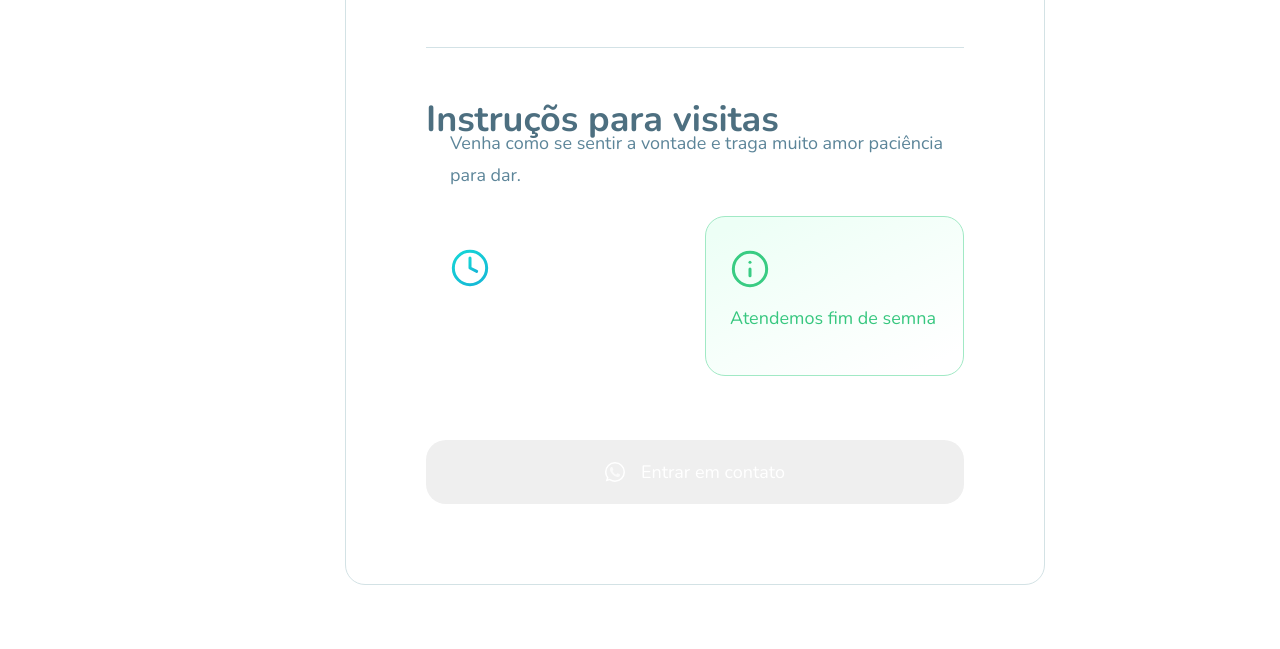
Repository: SrtaPoe/nlw
Page: orphanage.html
An editor plug-in stored every save of this project. The page is shown before and after the next save, followed by the edit.
The browser window is 1280 px wide. The pictures show the part of the page from y = 1116 to 1767 px (the page is 1765 px tall before and 1767 px after).
Some web libraries are served in a nearby version.

Above is the page before, as saved 2020-10-17 20:27:25.

### orphanage.html
<!DOCTYPE html>
<html lang="pt_BR">

<head>
  <meta charset="UTF-8" />
  <meta name="viewport" content="width=device-width, initial-scale=1.0" />
  <meta http-equiv="X-UA-Compatible" content="ie=edge" />
  <title>Localize um orfanato | Happy</title>
  <link rel="stylesheet" href="https://unpkg.com/leaflet@1.7.1/dist/leaflet.css"
    integrity="sha512-xodZBNTC5n17Xt2atTPuE1HxjVMSvLVW9ocqUKLsCC5CXdbqCmblAshOMAS6/keqq/sMZMZ19scR4PsZChSR7A=="
    crossorigin="" />
  <!-- Make sure you put this AFTER Leaflet's CSS -->
  <script src="https://unpkg.com/leaflet@1.7.1/dist/leaflet.js"
    integrity="sha512-XQoYMqMTK8LvdxXYG3nZ448hOEQiglfqkJs1NOQV44cWnUrBc8PkAOcXy20w0vlaXaVUearIOBhiXZ5V3ynxwA=="
    crossorigin=""></script>
  <link rel="icon" href="./public/images/logo-icon.png" />
  <link rel="stylesheet" href="/public/css/main.css" />
  <link rel="stylesheet" href="/public/css/page-orphanage.css">
  <link rel="stylesheet" href="/public/css/animation.css">
  <link href="https://fonts.googleapis.com/css2?family=Nunito:wght@400;600;700;800&display=swap" rel="stylesheet">
</head>

<body>
  <div id="page-orphanage">
    <aside class="animate-right sidebar">

      <img src="./public/images/map-marker.svg" alt="Happy">
      <footer>
        <button onclick="history.back()">
          <img src="./public/images/arrow-back.svg" alt="voltar">
        </button>
      </footer>


      </aside>
      <main class="animate-appear with-sidebar">
        <div class="orphanage-details">
          <img src="./public/images/home.jpg" alt="Lar das Meninas">

          <div class="images">
            <button onclick="selectImage(event)"  class="active" type="button">
              <img src="https://source.unsplash.com/random?id1" alt="Lar das Meninas">
            </button>
            <button onclick="selectImage(event)"  class="active" type="button">
              <img src="https://source.unsplash.com/random?id2" alt="Lar das Meninas">
            </button>

            <button onclick="selectImage(event)"  class="active" type="button">
              <img src="https://source.unsplash.com/random?id3" alt="Lar das Meninas">
            </button>

            <button onclick="selectImage(event)"  class="active" type="button">
              <img src="https://source.unsplash.com/random?id4" alt="Lar das Meninas">
            </button>

            <button onclick="selectImage(event)"  class="active" type="button">
              <img src="https://source.unsplash.com/random?id5" alt="Lar das Meninas">
            </button>

            <button onclick="selectImage(event)"  class="active" type="button">
              <img src="https://source.unsplash.com/random?id6" alt="Lar das Meninas">
            </button>


          </div>

          <div class="orphanage-details-content">
            <h1>Lar das meninas</h1>

            <p>
              Presta assistência a crianças de 06 a 15 anos que se encontre em situação de risco e/ou vulnerailidade
              social.
            </p>

            <div class="map-container">
              <div id="mapid"></div>
              <footer>
                <a href="">Ver rotas no Google Maps</a>
              </footer>
            </div>


            <hr>

            <h2>Instruçõs para visitas</h2>

            <p>Venha como se sentir a vontade e traga muito amor  paciência para dar.</p>

            <div class="open-details">
              <div class="hour">
                <img src="./public/images/clock.svg" alt="horários">
                Horário de visita das 18h até 8h
              </div>
              <div class="open-on-weekends">
                <img src="./public/images/info.svg" alt="informação">
                Atendemos fim de semna
              </div>

          </div>

          <button class="primary-button type="button>
            <img src="./public/images/whatsapp.svg" alt="chamar no whatsapp">
            Entrar em contato
          </button>



          </div>



        </div>
      </main>




  </div>
  <script src="./public/scripts/page-orphanage.js"></script>
</body>

</html>

### public/css/main.css
*{
    margin: 0;
    padding:0;
    box-sizing: border-box;
}

body {
    height:100vh;
    color: white;
    background: : #ebf2f5;
}

:root{
    font-size: 62.5%;
}

body, input, button, textarea {
    font-weight: 400;
    line-height: 1;
    font-size: 1.8rem;
    font-family: 'Nunito', sans-serif;
}

### public/css/page-orphanage.css
#page-orphanage {
    display: flex;
    min-height: 100vh;
}

aside.sidebar {
    position: fixed;
    height: 100%;
    padding: 3.2rem 2.4rem;
    background: #15C3D6;
    display: flex;
    flex-direction: column;
    justify-content:space-between;
    align-items: center;
}

aside.sidebar footer button {
    width: 48px;
    height: 48px;
    border: none;
    background: #12afcb;
    border-radius: 1.6rem;
    cursor: pointer;
    display: flex;
    align-items: center;
    justify-content:center;
    transition: background-color 0.2s;
}

aside.sidebar footer button:hover {
    background: #17d6eb;
}


main {
    flex: 1;
}

.with-sidebar {
    padding-left: 110px;
}

.orphanage-details {
    width: 70rem;
    margin: 6.4rem auto;
    background: white;
    border: 1px solid #d3e2e5;
    border-radius: 2rem;
    overflow: hidden;
}

.orphanage-details > img {
    width: 100%;
    height: 30rem;
    object-fit: cover;
}

.images {
    display: grid;
    grid-template-columns: repeat(6, 1fr);
    column-gap: 1.6rem;
    margin: 16px 40px;
}

.images button {
    border: 0;
    background: none;
    height:8.8rem;
    cursor: pointer;
    border-radius: 2rem;
    overflow: hidden;
    opacity: 0.6;
    transition: opacity 0.2s;
}

.images button:hover,
.images button.active {
    opacity: 1;
}

.images button img {
    width: 100%;
    height:8.8rem;
    object-fit: cover;
}

.orphanage-details-content {
    padding:8rem;
}

.orphanage-details-content h1 {
    color: #4D6F80;
    font-size: 5.rem;
    line-height:1.5;
    margin-bottom: 0.8rem;
}

.orphanage-details-content p {
    line-height: 1.8;
    color: #5c8599;
    margin-left: 2.4rem;
}

.map-container {
    margin-top: 6.4rem;
    background: #e6f7fb;
    border: 1px solid #b3dae2;
    border-radius: 2rem;
}

#mapid {
    width: 100%;
    height: 28rem;
}

.map-container footer {
    padding: 2rem 0;
    text-align: center;
}

.map-container footer a {
    color: #0089a5;
    text-decoration: none;
}

.map-container .leaflet-container {
    border-bottom: 1px solid #dde3f0;
    border-radius: 2rem;
}

.orphanage-details-content hr {
    width: 100%;
    height: 1px;
    border: 0;
    background: #d3e2e6;
    margin: 6.4rem 0;
}

.orphanage-details-content h2 {
    font-size: 3.6rem;
    line-height: 1.5rem;
    color: #4d6f80;
}

.open-details {
    margin-top: 2.4rem;
    display: grid;
    grid-template-columns: 1fr 1fr;
    column-gap: 2rem;
}

.open-details div {
    padding: 3.2rem 2.4rem;
}

.open-details img {
    display: block;
    margin-bottom: 2rem;
}

.open-details hour {
    background: linear-gradient(149.97deg, #E6F7FB 8.13%, #FFFFFF 92.67%)
    border: 1px solid #B3DAE2;
    border-radius: 20px;
    color: #5c8599;
}

.open-details .open-on-weekends {
    background: linear-gradient(154.16deg, #edfff6 7.85%, #FFFFFF 91.03%);
    border: 1px solid #a1e9c5;
    border-radius: 20px;
    color: #37c77f;
}

.primary-button {
    margin-top: 6.4rem;
    width: 100%;
    height:6.4rem;
    border: 0;
    cursor: pointer;
    border-radius:2rem;
    color: white;
    display: flex;
    align-items: center;
    justify-content:center;
    transition: background-color.2s;
}

.primary-button:hover {
    background: #36cf82;
}

.primary-button img {
    margin-right: 1.6rem;
}

### public/css/animation.css
@keyframes up {
    from {
    opacity: 0;
    transform: translateY(16px);
    }
    to {
        opacity: 1;
        transform: translateY(0);
    }
}

@keyframes right {
    from {
        transform: translateX(-100%);
    }
    to {
        transform: translateX(0)
    }
}
@keyframes appear {
    from {
        opacity: 0;
    }
    to {
        opacity:1;
    }
}

.animate-up {
    animation-name: up;
    animation-duration: 300ms;
    animation-fill-mode: backwards;
}

.animate-right {
    animation-name: right;
    animation-duration: 300ms;
}

.animat-appear {
    animation-name: appear;
    animation-duration: 300ms;
    animation-fill-mode: backwards;
}

### public/scripts/page-orphanage.js
const options = {
    dragging: false,
    touchZoom: false,
    doubleClickZoom: false,
    scrollWheeZoom: false,
    zoomControl: false
}

const map = L.map('mapid', options).setView([-2.5387188,-44.2672987], 15);

L.tileLayer('https://{s}.tile.openstreetmap.org/{z}/{x}/{y}.png').addTo(map);


//criando ícone //
const icon = L.icon({
    iconUrl:"/../public/images/map-marker.svg",
    iconSize: [58, 68],
    iconAnchor: [29, 68],
    popupAnchor: [170, 2]
})

L.marker([-2.5387188,-44.2672987], { icon })
    .addTo(map)

function selectImage() {
    const button = event.currentTarget


    console.log(button.children)


    const buttons =  document.querySelectorAll(".images button")
    buttons.forEach(removeActiveClass)


    function removeActiveClass(button) {
        button.classList.remove("active")
    }

    const image = button.children[0]
    const imageContainer = document.querySelector(".orphanage-details > img")

    imageContainer.scr = image.scr

    button.classList.add('active')




}

After the next save:
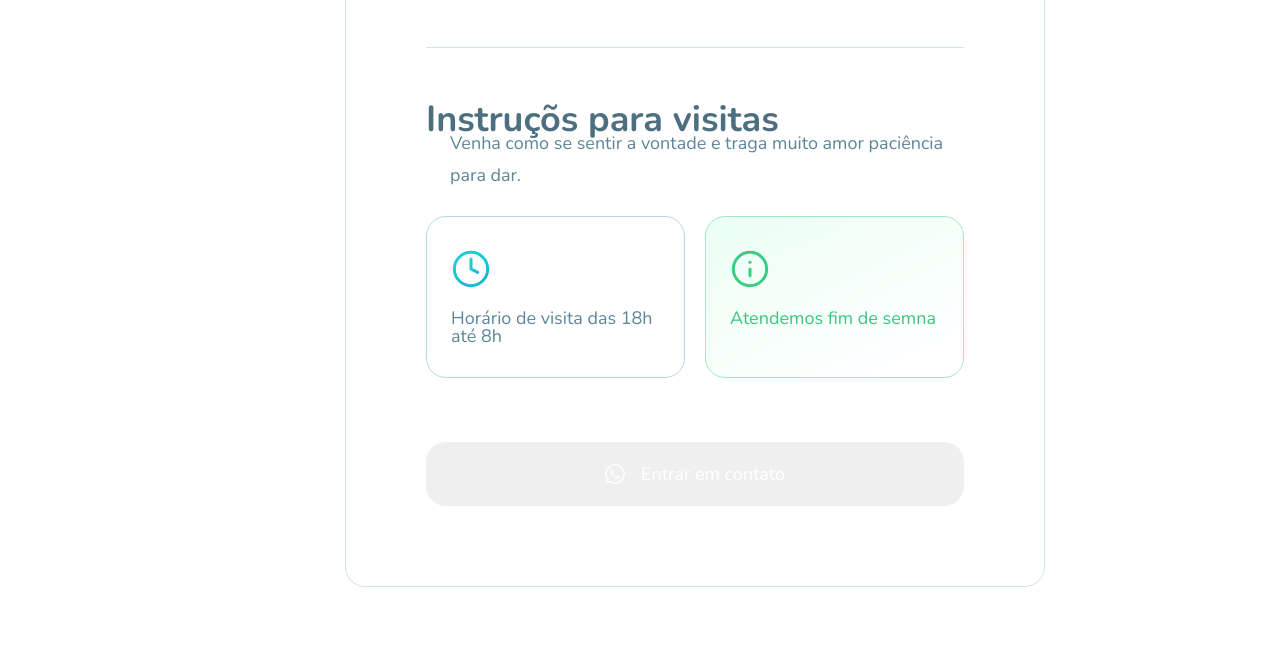
Saved 6 min 42 s later.
--- a/public/css/page-orphanage.css
+++ b/public/css/page-orphanage.css
@@ -158,10 +158,10 @@
     margin-bottom: 2rem;
 }
 
-.open-details hour {
-    background: linear-gradient(149.97deg, #E6F7FB 8.13%, #FFFFFF 92.67%)
-    border: 1px solid #B3DAE2;
-    border-radius: 20px;
+.open-details .hour {
+    background: linear-gradient(149.97de, #E6F7FB 8.13%, #FFFFFF 92.67%);
+    border:1px solid #B3DAE2;
+    border-radius:20px;
     color: #5c8599;
 }
 
